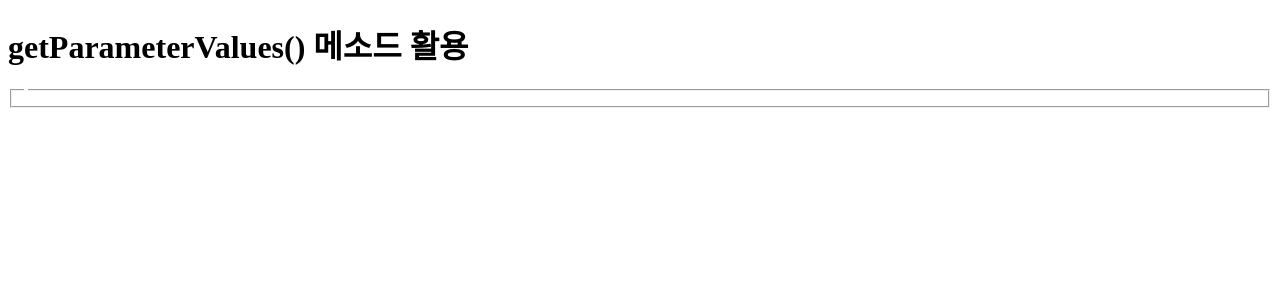
Repository: seminocoe/JSP_STUDY
Page: http://localhost/ServletProject/login/Sport.jsp
An editor plug-in stored every save of this project. The page is shown before and after the next save, followed by the edit.
The browser window is 1280 px wide. The pictures show the whole page.
The page is served by Tomcat 9. Other server files are loaded and not shown.

Above is the page before, as saved 2022-07-29 01:50:36.

### ServletProject/src/main/webapp/login/Sport.jsp
<%@ page language="java" contentType="text/html; charset=UTF-8"
    pageEncoding="UTF-8"%>
<!DOCTYPE html>
<html>
<head>
<meta charset="UTF-8">
<title>취미와 성별</title>
</head>
<body>
	<h1>getParameterValues() 메소드 활용</h1>
	<form action="Sport" method="post">

	<fieldset>
		<legend><!-- 범례라는 뜻 -->

		</legend>
	</fieldset>
	</form>
</body>
</html>

After the next save:
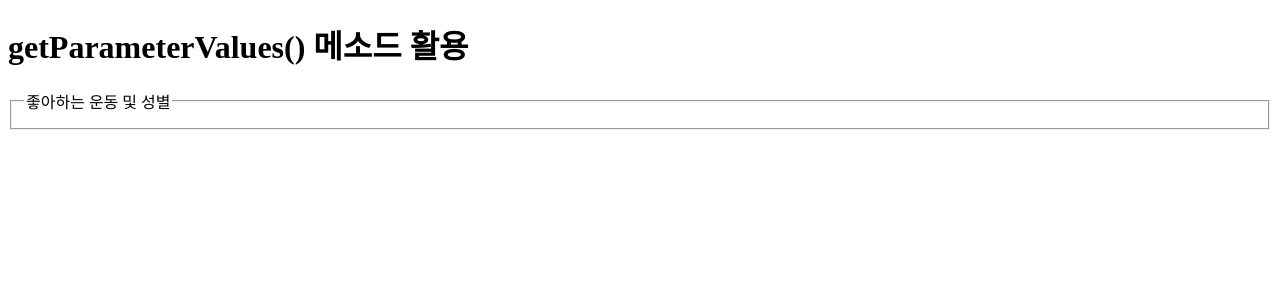
Saved 9 s later.
--- a/ServletProject/src/main/webapp/login/Sport.jsp
+++ b/ServletProject/src/main/webapp/login/Sport.jsp
@@ -11,9 +11,7 @@
 	<form action="Sport" method="post">
 
 	<fieldset>
-		<legend><!-- 범례라는 뜻 -->
-
-		</legend>
+		<legend><!-- 범례라는 뜻 --> 좋아하는 운동 및 성별</legend>
 	</fieldset>
 	</form>
 </body>
